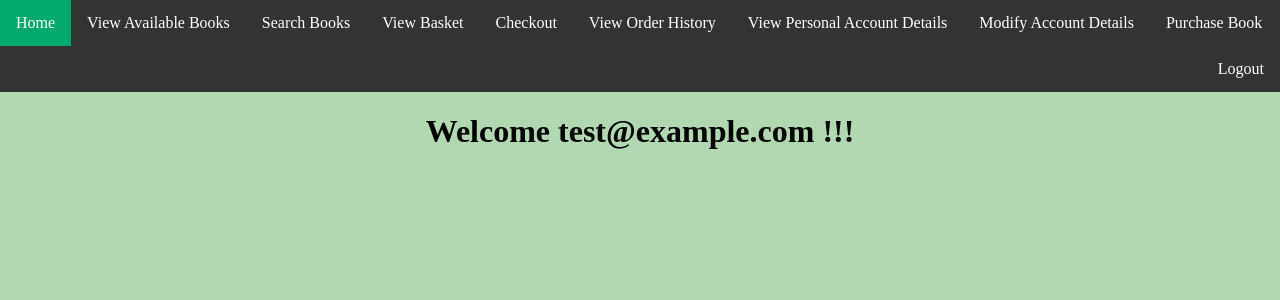
Repository: sach7691/original-book-store
Page: http://localhost/online-book-store-application/dashboard.jsp
These files come from the project's save history. The page is drawn as it stood at one moment and after the next save; the edit follows.
The browser window is 1280 px wide. The pictures show the whole page.
The page is served by Tomcat 9. The session is filled in as if someone had signed in: {"email": "test@example.com"}. Other server files are loaded and not shown. The template is opened directly, without the code that normally fills it, so the values that code supplies are empty.

Above is the page before, as saved 2022-08-25 18:35:58.

### online-book-store-application/src/main/webapp/dashboard.jsp

<%@ page language="java" contentType="text/html; charset=ISO-8859-1"
	pageEncoding="ISO-8859-1"%>
<%@ taglib uri="http://java.sun.com/jsp/jstl/core" prefix="c"%>
<!DOCTYPE html>
<html>
<head>
<meta charset="ISO-8859-1">
<meta name="viewport" content="width=device-width, initial-scale=1.0">
<title>Dashboard</title>
</head>
<body>
	<%

  response.setHeader("Cache-Control", "no-cache,no-store,must-revalidate"); //prevent back button after logout HTTP 1.1
  //HTTP 1.0 and if you use proxy seperatly should remove cache to prevent back button
   response.setHeader("Pragma","no-cache"); //HTTP 1.0
   response.setDateHeader ("Expires", 0);
  if(session.getAttribute("email")==null){
	response.sendRedirect("login.jsp");
}
%>
<style>


body
{
  margin: 0;
  background: rgba(0, 128, 0, 0.3);

}

ul.topnav {
  list-style-type: none;
  margin: 0;
  padding: 0;
  overflow: hidden;
  background-color: #333;
}

ul.topnav li {float: left;}

ul.topnav li a {
  display: block;
  color: white;
  text-align: center;
  padding: 14px 16px;
  text-decoration: none;
}

ul.topnav li a:hover:not(.active) {background-color: #111;}

ul.topnav li a.active {background-color: #04AA6D;}

ul.topnav li.right {float: right;}

@media screen and (max-width: 600px) {
  ul.topnav li.right,
  ul.topnav li {float: none;}
}
</style>
</head>
<body>
<form action="http://localhost:8080/online-book-store-application/LogoutCustomerServlet" method="GET">
<div>
<ul class="topnav">
  <li><a class="active" href="welcome.jsp">Home</a></li>
    <li><a href="http://localhost:8080/online-book-store-application/ViewBookServlet">View Available Books</a></li>
  <li><a href="search_book.jsp">Search Books</a></li>
  <li><a href="http://localhost:8080/online-book-store-application/BasketViewServlet">View Basket</a></li>
   <li><a href="login.jsp">Checkout</a></li>
  <li><a  href="">View Order History</a></li>
  <li><a href="">View Personal Account Details</a></li>
  <li><a href="">Modify Account Details</a></li>
  <li><a href="">Purchase Book</a></li>
  <li class="right"><a href="login.jsp">Logout</a></li>
</ul>
</div>
<center>
<p style="color: red;"><h1>Welcome ${email} !!!</h1></p>
</center>
</form>

</body>
</html>

After the next save:
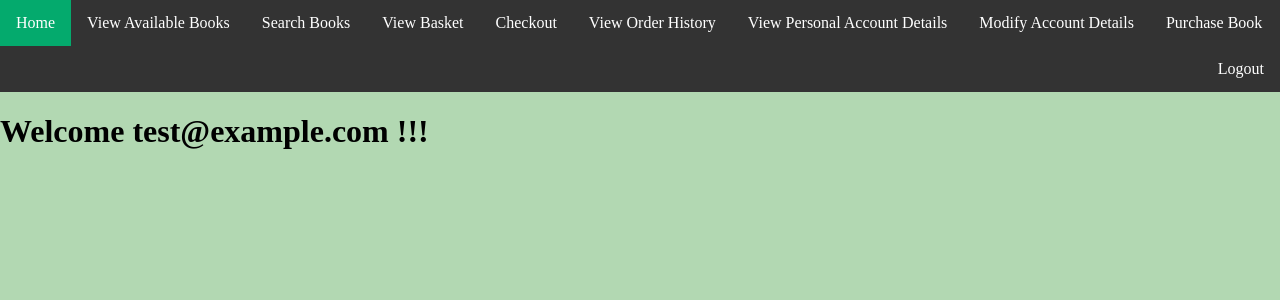
Saved 50 s later.
--- a/online-book-store-application/src/main/webapp/dashboard.jsp
+++ b/online-book-store-application/src/main/webapp/dashboard.jsp
@@ -76,9 +76,9 @@ ul.topnav li.right {float: right;}
   <li class="right"><a href="login.jsp">Logout</a></li>
 </ul>
 </div>
-<center>
+<div class ="center">
 <p style="color: red;"><h1>Welcome ${email} !!!</h1></p>
-</center>
+</div>
 </form>
 
 </body>
